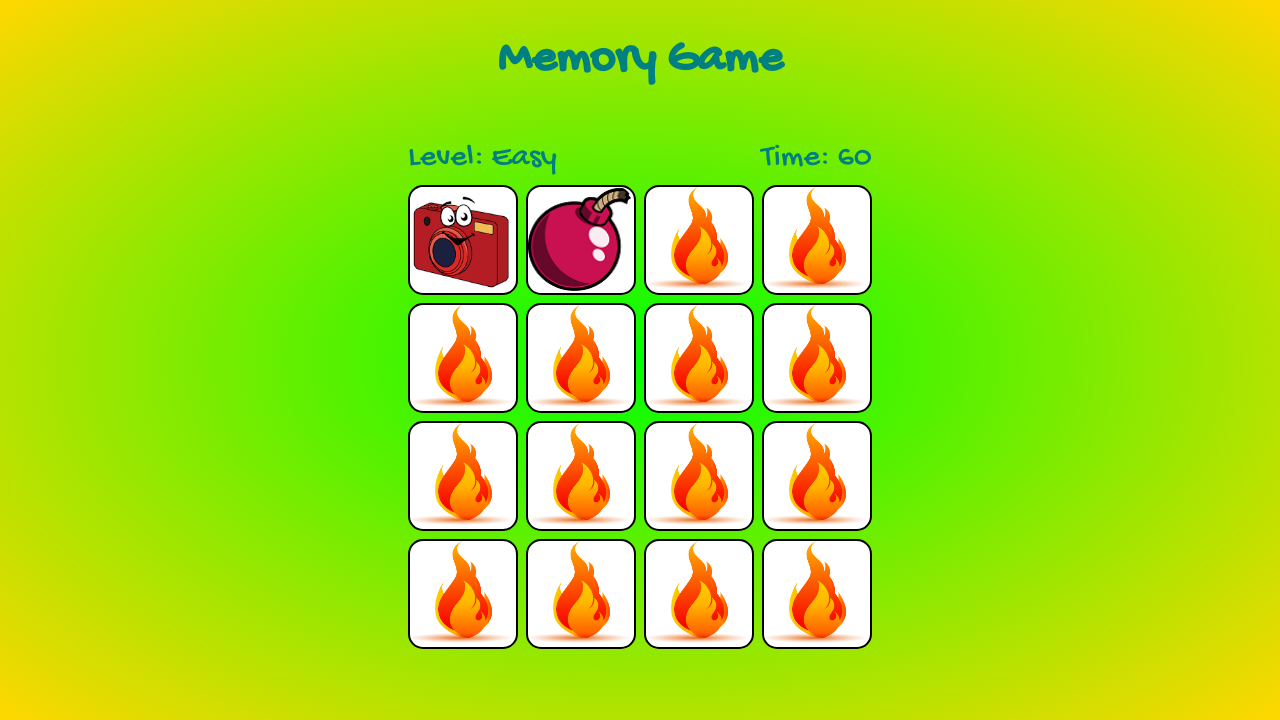
Repository: lauramika/Memory-Game
Page: index.html
The author's editor kept a record of every edit. The page is drawn from the files as they stood at one moment, then again after the next edit.
The browser window is 1280 px wide. The pictures show the whole page.

Above is the page before.

After the next edit:
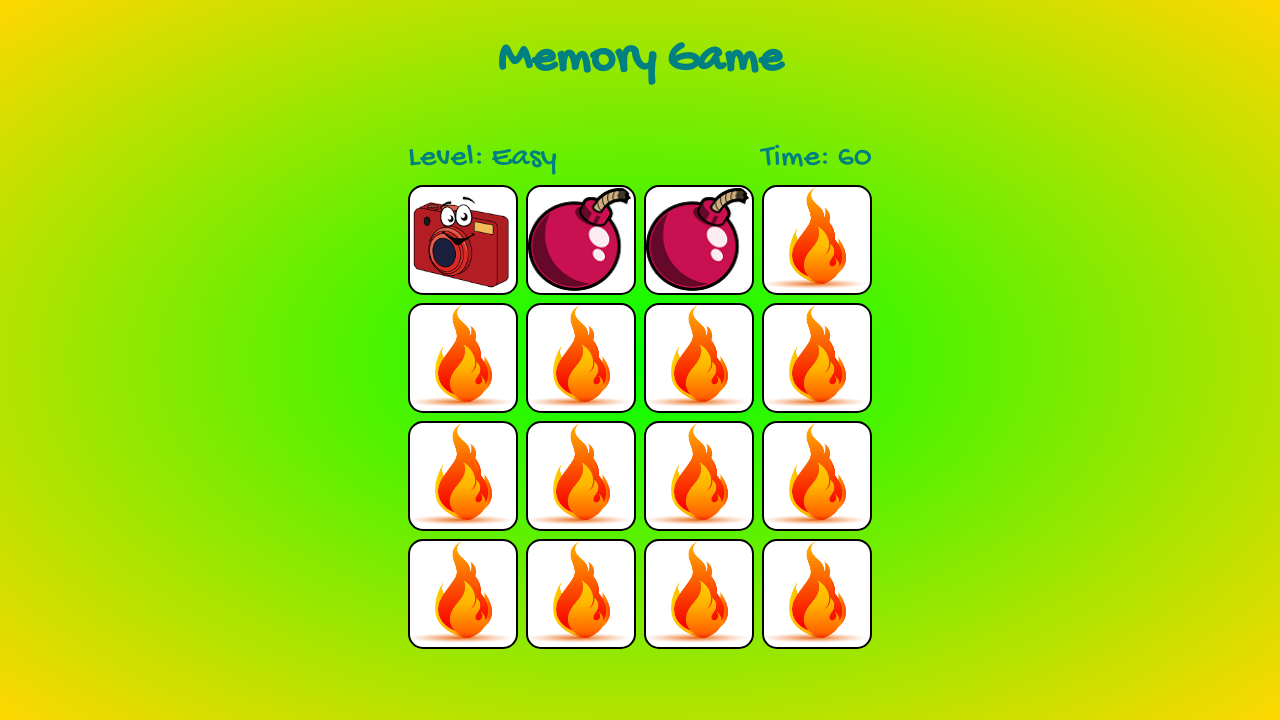
The edit:
--- a/index.html
+++ b/index.html
@@ -21,6 +21,14 @@
                 </div>
                 <div class="front-face">
                     <img src="images/camera.png"></img>
+                </div>
+            </div>
+            <div class="cards">
+                <div class="back-face">
+                   <img src="images/flame.png"></img>
+                </div>
+                <div class="front-face">
+                    <img src="images/bomb.png"></img>
                 </div>
             </div>
             <div class="cards">
@@ -135,14 +143,6 @@
 
                 </div>
             </div>
-            <div class="cards">
-                <div class="back-face">
-                   <img src="images/flame.png"></img>
-                </div>
-                <div class="front-face">
-
-                </div>
-            </div>
         </div>
     </body>
 </html>
